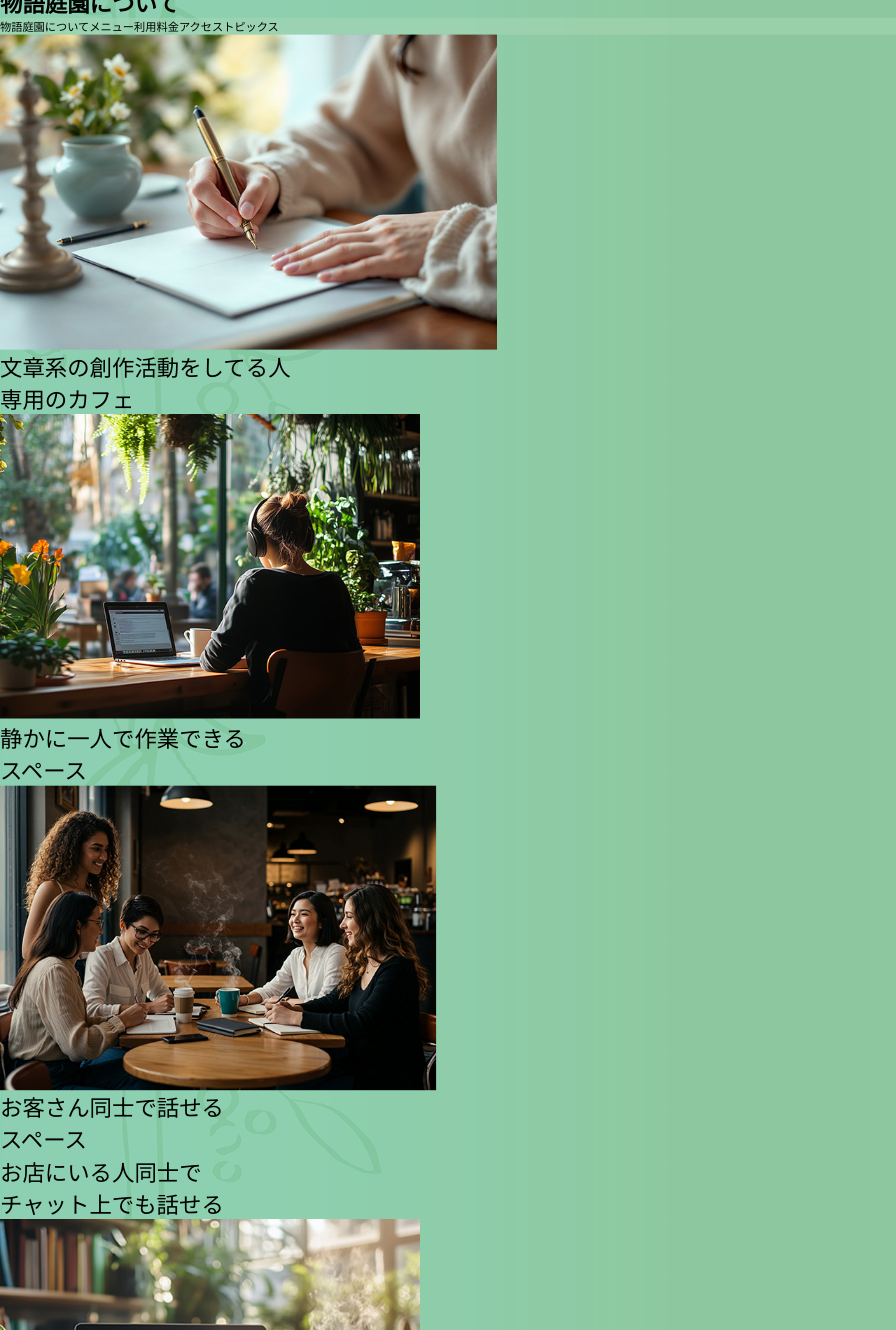
Repository: saka-kou/GardenStory
Page: index.html
These files come from the project's save history. The page is drawn as it stood at one moment and after the next save; the edit follows.
The browser window is 1280 px wide. The pictures show the part of the page from y = 328 to 2228 px (the page is 2529 px tall before and 2551 px after), at 70% of full size.
A picture or video elsewhere on the page could not be fetched, so the positions and the page height are approximate. Some web fonts or font styles are not loaded; a fallback is used.

Above is the page before, as saved 2025-07-23 17:12:09.

### index.html
<!DOCTYPE html>
<html lang="en">
<head>
    <meta charset="UTF-8">
    <meta name="viewport" content="width=device-width, initial-scale=1.0">
    <link rel="preconnect" href="https://fonts.googleapis.com">
    <link rel="preconnect" href="https://fonts.gstatic.com" crossorigin>
    <link href="https://fonts.googleapis.com/css2?family=Kaisei+Opti&display=swap" rel="stylesheet">

    <title>物語庭園</title>
    <link rel="stylesheet" href="css/index.css">
</head>
<body>
    <h1><img src="images/logo.png" alt="物語庭園ロゴ"></h1>
    <div id="container">

        <h1>物語庭園について</h1>
        <ul id="gnavi">
            <li>物語庭園について</li>
            <li>メニュー</li>
            <li>利用料金</li>
            <li>アクセス</li>
            <li>トピックス</li>
        </ul>
        <img src="images/write.jpeg" alt="文創" class="leftimg">
        <p class="consept-text">文章系の創作活動をしてる人<br>
        専用のカフェ
        </p>
        <img src="images/work.jpeg" alt="作業" class="rightimag">
        <p class="consept-text">静かに一人で作業できる<br>
        スペース
        </p>
        <img src="images/talk.jpeg" alt="話せる" class="leftimg">
        <p class="consept-text">お客さん同士で話せる<br>
        スペース
        </p>
        <p class="consept-text">お店にいる人同士で<br>
        チャット上でも話せる
        </p>
        <img src="images/Website.jpeg" alt="Webサイト" class="rightimg">
        <p><a href="#">詳しくはこちら</a></p>
    </div>
</body>
</html>

### css/index.css
*{
    margin: 0;
    padding: 0;
}
body{
    background-image: url("../images/壁紙例2.webp");
    /*background-color: #5BBB8F;*/
}
#gnavi{
    display: flex;
    list-style-type: none;
    width: 100%;
    background-color: rgba(171, 215, 183, 0.45);
}
.consept-text{
    font-family: "Kaisei Opti", serif;
    font-weight: 400;
    font-style: normal;
    font-size: 32px;
}
.leftimg{
    display: flex;
}
.rightimg{
    display: flex;
}

After the next save:
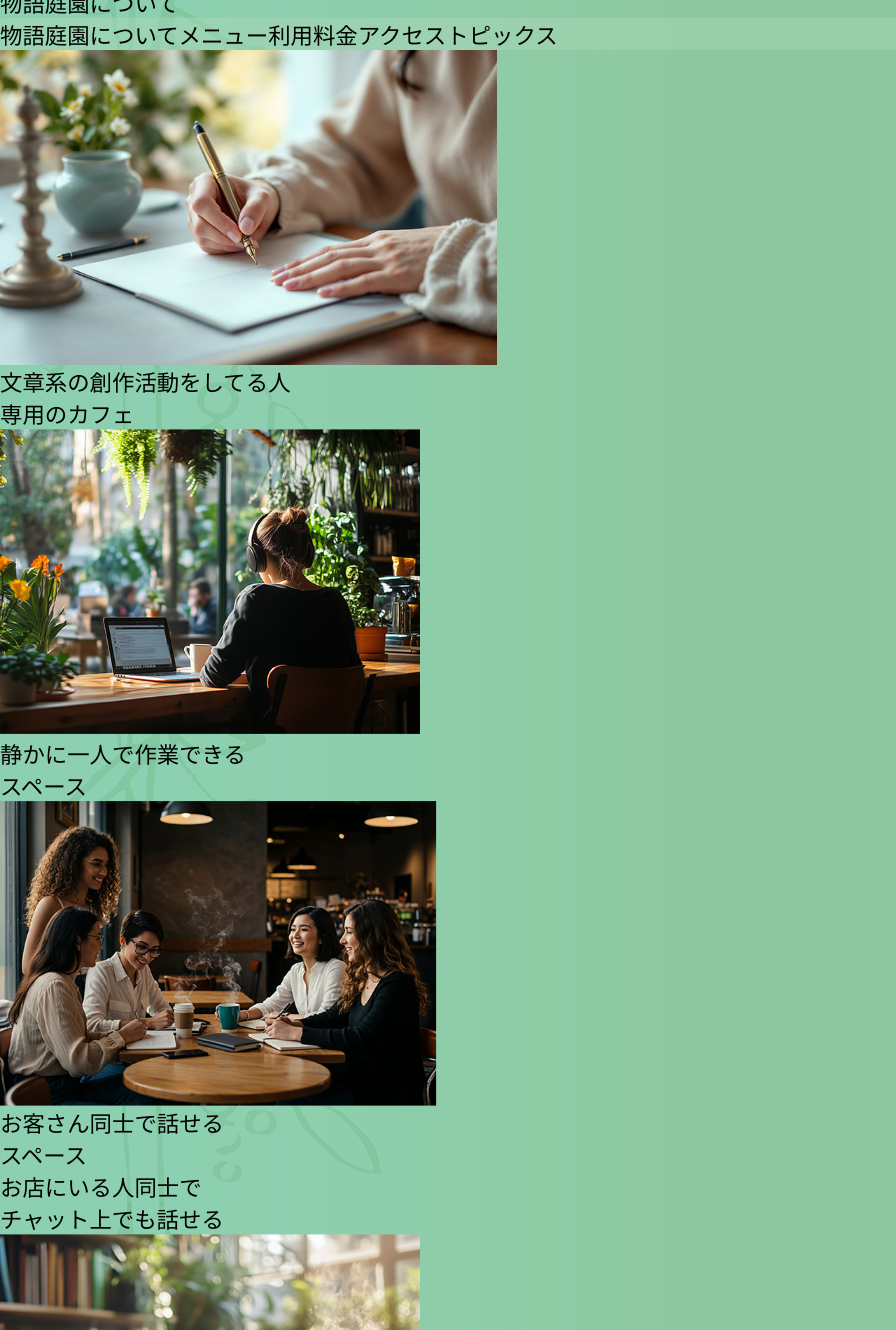
Saved 2 min 4 s later.
--- a/index.html
+++ b/index.html
@@ -14,8 +14,8 @@
     <h1><img src="images/logo.png" alt="物語庭園ロゴ"></h1>
     <div id="container">
 
-        <h1>物語庭園について</h1>
-        <ul id="gnavi">
+        <h1 class="consept-text">物語庭園について</h1>
+        <ul id="gnavi" class="consept-text">
             <li>物語庭園について</li>
             <li>メニュー</li>
             <li>利用料金</li>
